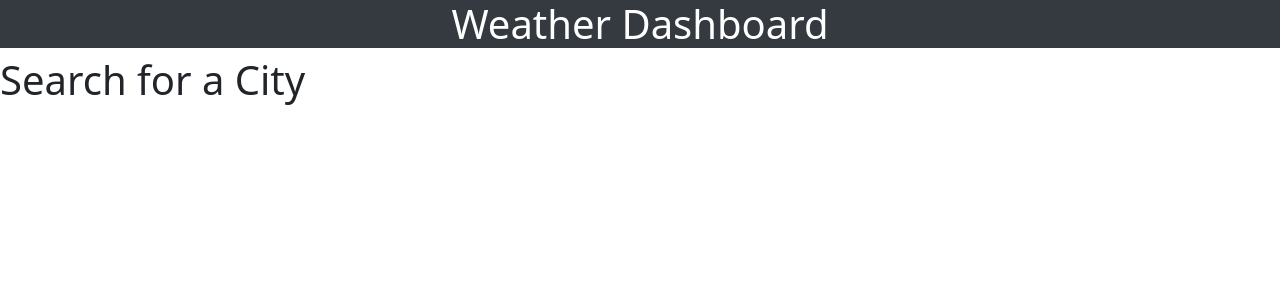
Repository: ziffoit/Weather_Dashboard
Page: index.html
The author's editor kept a copy of each file at every save. The page is drawn from the files as they stood at one save, then again after the next save.
The browser window is 1280 px wide. The pictures show the whole page.

Above is the page before, as saved 2021-03-25 13:41:37.

After the next save:
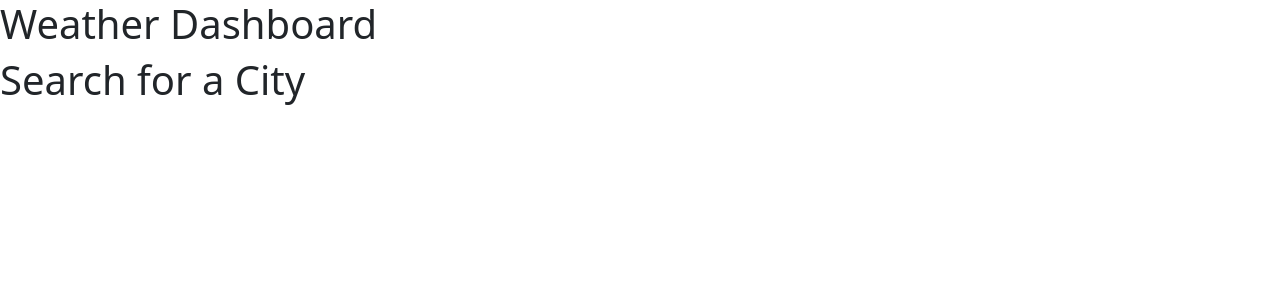
Saved 3 s later.
--- a/index.html
+++ b/index.html
@@ -13,9 +13,7 @@
   </head>
   <body>
     <header>
-      <h1 style="text-align: center; background-color: #343a40; color: white">
-        Weather Dashboard
-      </h1>
+      <h1 id="header">Weather Dashboard</h1>
     </header>
     <aside style="float: left">
       <h1>Search for a City</h1>
